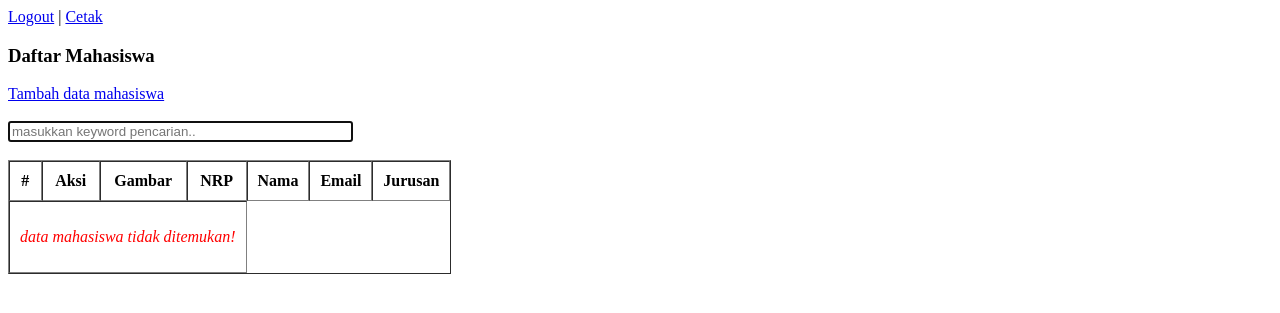
Repository: idlakip/pw2020
Page: http://localhost/
The author's editor kept a copy of each file at every save. The page is drawn from the files as they stood at one save, then again after the next save.
The browser window is 1280 px wide. The pictures show the whole page.
The page is run by PHP 8.4 with error messages shown; the project is at /var/www/html/. The session is filled in as if someone had signed in: {"login": true}. Other server files are loaded and not shown. Queries for data that is not in the repository find no rows.

Above is the page before, as saved 2020-07-25 05:46:57.

### index.php
<?php
session_start();

if (!isset($_SESSION['login'])) {
  header("Location: login.php");
  exit;
}

require 'functions.php';
$mahasiswa = query("SELECT * FROM mahasiswa");

// ketika tombol cari diklik
if (isset($_POST['cari'])) {
  $mahasiswa = cari($_POST['keyword']);
}

?>
<!DOCTYPE html>
<html lang="en">

<head>
  <meta charset="UTF-8">
  <meta name="viewport" content="width=device-width, initial-scale=1.0">
  <title>Daftar Mahasiswa</title>
  <style>
    .loader {
      width: 100px;
      position: absolute;
      top: 118px;
      left: 210px;
      z-index: -1;
      display: none;
    }

    @media print {

      .logout,
      .tambah,
      .form-cari,
      .aksi {
        display: none;
      }
    }
  </style>
</head>

<body>
  <a href="logout.php">Logout</a> | <a href="cetak.php" target="_blank">Cetak</a>
  <h3>Daftar Mahasiswa</h3>

  <a href="tambah.php" class="tambah">Tambah data mahasiswa</a>
  <br><br>

  <form action="" method="POST" class="form-cari">
    <input type="text" name="keyword" size="40" placeholder="masukkan keyword pencarian.." autocomplete="off" autofocus class="keyword" id="keyword">
    <button type="submit" name="cari" class="tombol-cari">Cari!</button>
  </form>
  <br>

  <div class="container">
    <table border="1" cellpadding="10" cellspacing="0">
      <tr>
        <th>#</th>
        <th class="aksi">Aksi</th>
        <th>Gambar</th>
        <th>NRP</th>
        <th>Nama</th>
        <th>Email</th>
        <th>Jurusan</th>
      </tr>

      <?php if (empty($mahasiswa)) : ?>
        <tr>
          <td colspan="4">
            <p style="color: red; font-style: italic;">data mahasiswa tidak ditemukan!</p>
          </td>
        </tr>
      <?php endif; ?>

      <?php $i = 1;
      foreach ($mahasiswa as $m) : ?>
        <tr>
          <td><?= $i++; ?></td>
          <td><img src="img/<?= $m['gambar']; ?>" width="60"></td>
          <td><?= $m['nama']; ?></td>
          <td>
            <a href="detail.php?id=<?= $m['id']; ?>">lihat detail</a>
          </td>
        </tr>
      <?php endforeach; ?>
    </table>
  </div>

  <script src="js/script.js"></script>
</body>

</html>

### functions.php
<?php

function koneksi()
{
  return mysqli_connect('localhost', 'root', '', 'cb_016122333');
}

function query($query)
{
  $conn = koneksi();

  $result = mysqli_query($conn, $query);

  // jika hasilnya hanya 1 data
  if (mysqli_num_rows($result) == 1) {
    return mysqli_fetch_assoc($result);
  }

  $rows = [];
  while ($row = mysqli_fetch_assoc($result)) {
    $rows[] = $row;
  }

  return $rows;
}

function upload()
{
  $nama_file = $_FILES['gambar']['name'];
  $tipe_file = $_FILES['gambar']['type'];
  $ukuran_file = $_FILES['gambar']['size'];
  $error = $_FILES['gambar']['error'];
  $tmp_file = $_FILES['gambar']['tmp_name'];

  // ketika tidak ada gambar yang dipilih
  // if($error == 4) {
  //   echo "<script>
  //   alert('pilih gambar terlebih dahulu!');
  //   </script>";
  //   return false;
  if($error == 4) {
    // echo "<script>
    // alert('pilih gambar terlebih dahulu!');
    // </script>";
    return 'nophoto.jpg';
  }

  // cek ekstensi file
  $daftar_gambar = ['jpg', 'jpeg', 'png'];
  $ekstensi_file = explode('.', $nama_file);
  $ekstensi_file = strtolower(end($ekstensi_file));
  if(!in_array($ekstensi_file, $daftar_gambar)) {
    echo "<script>
    alert('yang anda pilih bukan gambar!');
    </script>";
    return false;
  }

  // cek type file
  if($tipe_file != 'image/jpeg' && $tipe_file != 'image/png') {
    echo "<script>
    alert('yang anda pilih bukan gambar!');
    </script>";
    return false;
  }

  // cek ukuran file
  // maksimal 5MB = 5.000.000 bite
  if ($ukuran_file > 5000000) {
    echo "<script>
    alert('ukuran terlalu besar, max = 5MB!');
    </script>";
    return false;
  }
  // lolos pengecekan
  // siap upload file
  // generate nama file baru
  $nama_file_baru = uniqid();
  $nama_file_baru .= '.';
  $nama_file_baru .= $ekstensi_file;
  move_uploaded_file($tmp_file, 'img/' . $nama_file_baru);
  return $nama_file_baru;
}

function tambah($data)
{
  $conn = koneksi();

  $nama = htmlspecialchars($data['nama']);
  $nrp = htmlspecialchars($data['nrp']);
  $email = htmlspecialchars($data['email']);
  $jurusan = htmlspecialchars($data['jurusan']);
  // $gambar = htmlspecialchars($data['gambar']);

// upload gambar
  $gambar = upload();
if (!$gambar) {
  return false;
}

// insert ke DB
  $query = "INSERT INTO
              mahasiswa
              VALUES
              (NULL, '$nama','$nrp','$email','$jurusan','$gambar');
              ";
  mysqli_query($conn, $query) or die(mysqli_error($conn));
  echo mysqli_error($conn);
  return mysqli_affected_rows($conn);
}

function hapus($id)
{
  $conn = koneksi();

  // menghapus gambar dari folder img
  $mhs = query("SELECT * FROM mahasiswa WHERE id= $id");
  if($mhs['gambar'] != 'nophoto.jpg') {
    unlink('img/' . $mhs['gambar']);
  }

  mysqli_query($conn, "DELETE FROM mahasiswa WHERE id = $id") or die(mysqli_error($conn));
  return mysqli_affected_rows($conn);
}

function ubah($data)
{
  $conn = koneksi();

  $id = $data['id'];
  $nama = htmlspecialchars($data['nama']);
  $nrp = htmlspecialchars($data['nrp']);
  $email = htmlspecialchars($data['email']);
  $jurusan = htmlspecialchars($data['jurusan']);
  $gambar_lama = htmlspecialchars($data['gambar_lama']);

  $gambar = upload();
  if (!$gambar) {
    return false;
  }

  if($gambar == 'nophoto.jpg') {
    $gambar = $gambar_lama;
  }

  $query = "UPDATE mahasiswa SET
              nama = '$nama',
              nrp = '$nrp',
              email = '$email',
              jurusan = '$jurusan',
              gambar = '$gambar'
            WHERE id = $id";

  mysqli_query($conn, $query) or die(mysqli_error($conn));
  echo mysqli_error($conn);
  return mysqli_affected_rows($conn);
}

function cari($keyword)
{
  $conn = koneksi();

  $query = "SELECT * FROM mahasiswa
              WHERE
              nama LIKE '%$keyword%'OR
              nrp LIKE '%$keyword%'";

  $result = mysqli_query($conn, $query);

  $rows =  [];
  while ($row = mysqli_fetch_assoc($result)) {
    $rows[] = $row;
  }

  return $rows;
}


function login($data)
{
  $conn = koneksi();

  $username = htmlspecialchars($data['username']);
  $password = htmlspecialchars($data['password']);

  // cek dulu username
  if ($user = query("SELECT * FROM user WHERE username = '$username'")) {
    // cek password
    if (password_verify($password, $user['password'])) {
      // set session
      $_SESSION['login'] = true;

      header("Location: index.php");
      exit;
    }
  }
  return [
    'error' => true,
    'pesan' => 'Username / Password Salah!'
  ];
}


function registrasi($data)
{
  $conn = koneksi();


  $username = htmlspecialchars(strtolower($data['username']));
  $password1 = mysqli_real_escape_string($conn, $data['password1']);
  $password2 = mysqli_real_escape_string($conn, $data['password2']);

  //jika username / password kosong
  if (empty($username) || empty($password1) || empty($password2)) {
    echo "<script>
          alert('username / password tidak boleh  kosong!');
          document.location.href = 'registrasi.php';
          </script>";

    return false;
  }

  //jika username sudah aada
  if (query("SELECT * FROM user WHERE username = '$username'")) {
    echo "<script>
    alert('username sudah terdaftar!');
    document.location.href = 'registrasi.php';
    </script>";

    return false;
  }
  //jika konfirmasi password tidak sesuai
  if ($password1 !== $password2) {
    echo "<script>
    alert('konfirmasi password tidak sesuai!');
    document.location.href = 'registrasi.php';
    </script>";

    return false;
  }

  // jika password <5 digit
  if (strlen($password1) < 5) {
    echo "<script>
    alert('password terlalu pendek!');
    document.location.href = 'registrasi.php';
    </script>";

    return false;
  }

  //jika username dan password sudah sesuai
  //enkripsi password
  $password_baru = password_hash($password1, PASSWORD_DEFAULT);
  //Inser ke table user
  $query = "INSERT INTO user
              VALUES
              (null, '$username', '$password_baru')
              ";
  mysqli_query($conn, $query) or die(mysqli_error($conn));
  return mysqli_affected_rows($conn);
}

### js/script.js
const tombolCari = document.querySelector('.tombol-cari');
const keyword = document.querySelector('.keyword');
const container = document.querySelector('.container');

// hilangkan tombol cari
tombolCari.style.display = 'none';

// event ketika kita menuliskan keyword
keyword.addEventListener('keyup', function () {
  // ajax
  // xmlhttprequest
  // const xhr = new XMLHttpRequest();
  // xhr.onreadystatechange = function () {
  //   if (xhr.readyState == 4 && xhr.status == 200) {
  //     container.innerHTML = xhr.responseText;
  //   }
  // };
  // xhr.open('get', 'ajax/ajax_cari.php?keyword=' + keyword.value);
  // xhr.send();

  // fetch()
  fetch('ajax/ajax_cari.php?keyword=' + keyword.value)
    .then((response) => response.text())
    .then((response) => (container.innerHTML = response));
});

// Preview Image untuk Tambah dan Ubah
function previewImage() {
  const gambar = document.querySelector('.gambar');
  const imgPreview = document.querySelector('.img-preview');

  const oFReader = new FileReader();
  oFReader.readAsDataURL(gambar.files[0]);

  oFReader.onload = function (oFREvent) {
    imgPreview.src = oFREvent.target.result;
  };
}

After the next save:
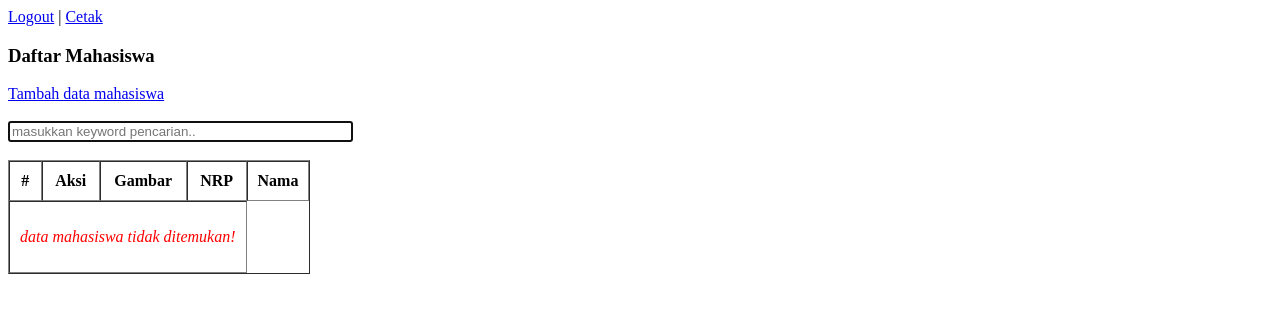
Saved 9 min 59 s later.
--- a/index.php
+++ b/index.php
@@ -65,8 +65,8 @@ if (isset($_POST['cari'])) {
         <th>Gambar</th>
         <th>NRP</th>
         <th>Nama</th>
-        <th>Email</th>
-        <th>Jurusan</th>
+        <!-- <th>Email</th> -->
+        <!-- <th>Jurusan</th> -->
       </tr>
 
       <?php if (empty($mahasiswa)) : ?>
